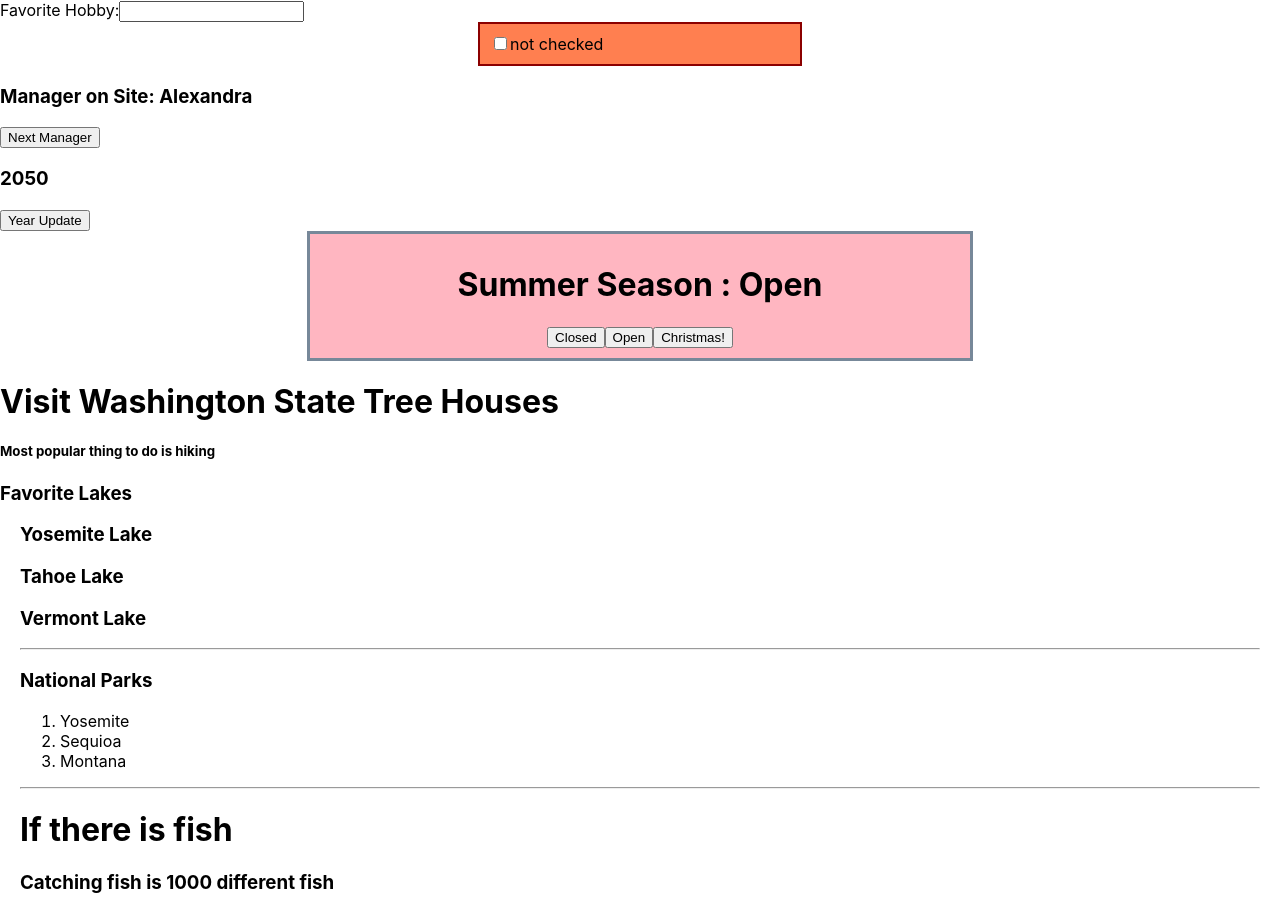
Repository: CaptainStorm21/intro-react-hooks
Page: /
An editor plug-in stored every save of this project. The page is shown before and after a run of saves, followed by the edit.
The browser window is 1280 px wide. The pictures show the whole page.
The project was rebuilt for these pictures with package versions that can differ from the ones it lists, and the page was loaded fresh each time. Also part of the build but not shown: src/App.css.

Above is the page before, as saved 2020-05-27 21:57:35.

After the next 3 saves:
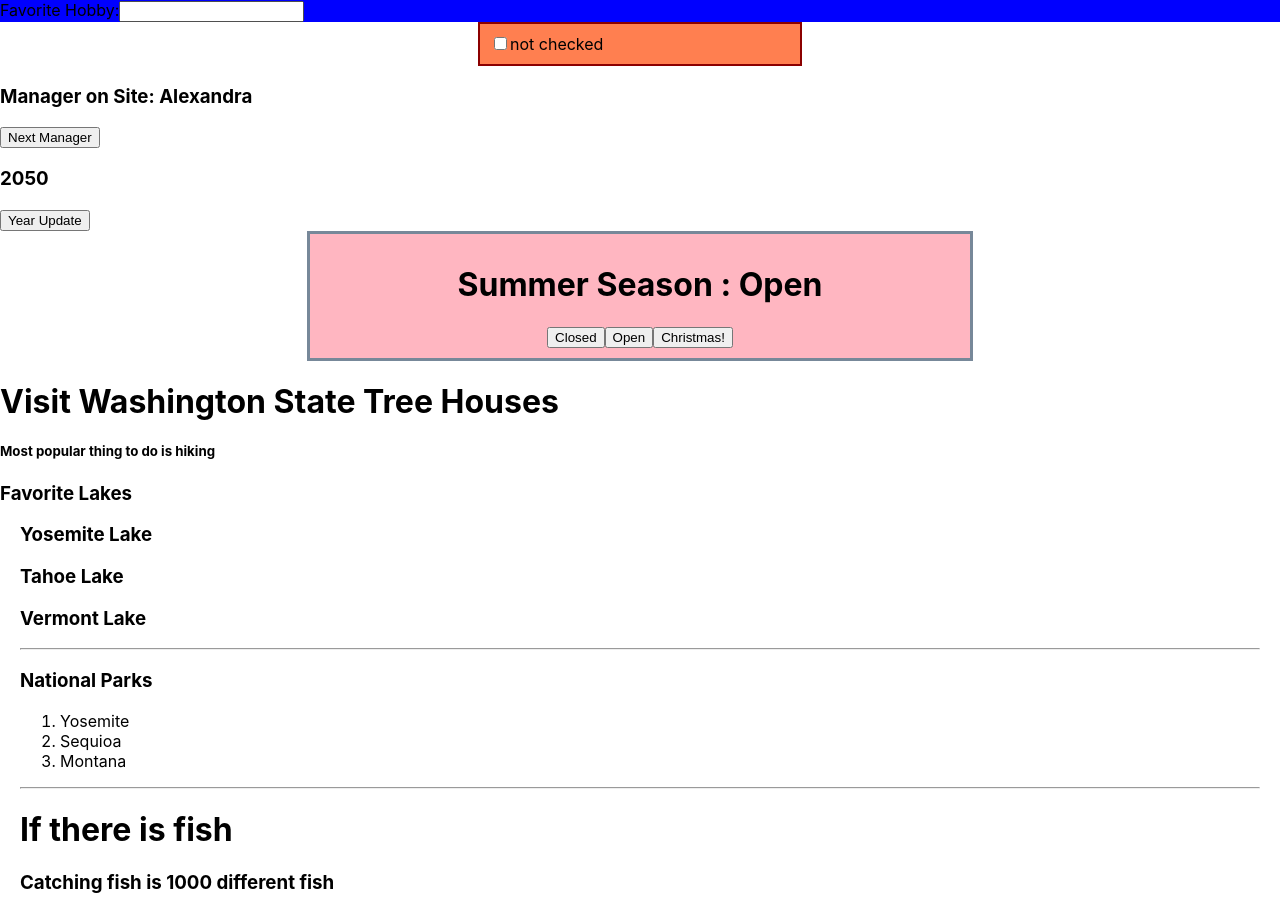
The 3 saves are shown as one change because they came seconds apart.
The last was saved 9 s later.
--- a/src/index.css
+++ b/src/index.css
@@ -27,7 +27,7 @@ code {
 }
 
 .blue-div{
-  background-color: g
+  background-color: blue
 }
 
 .checkbox-div{
